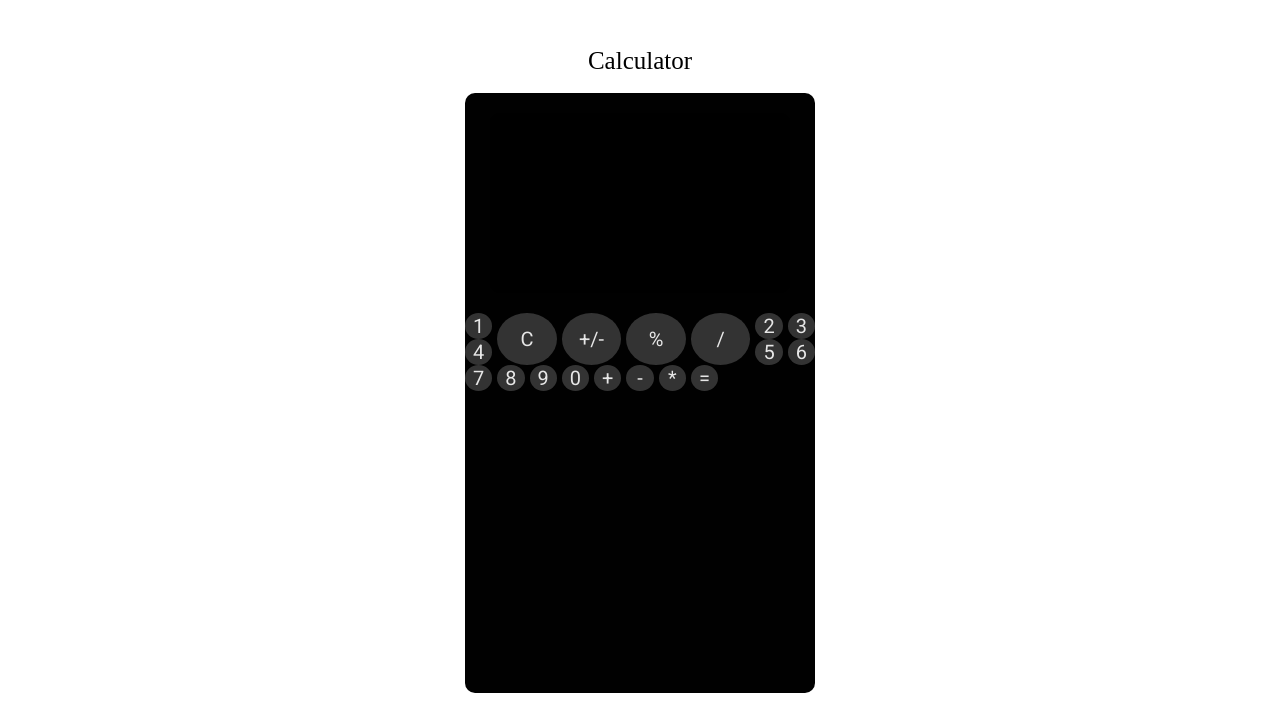
Repository: Gibon9/SimpleCalc
Page: index.html
The author's editor kept a copy of each file at every save. The page is drawn from the files as they stood at one save, then again after the next save.
The browser window is 1280 px wide. The pictures show the whole page.
Some web fonts or font styles are not loaded; a fallback is used.

Above is the page before, as saved 2020-11-27 19:11:24.

### index.html
<!DOCTYPE html>
<html lang="en">
  <head>
    <meta charset="UTF-8" />
    <meta name="viewport" content="width=device-width, initial-scale=1.0" />
    <link rel="stylesheet" href="style/reset.css" />
    <link rel="stylesheet" href="style/style.css" />
    <title>Calculator</title>
  </head>

  <body>
    <main class="main">
      <h1 class="title">Calculator</h1>
      <section class="clac">
        <div class="calc-display" id="display"></div>
        <section class="keyboard" id="keyboard">
          <button class="calc-button c-btn" id="clear">C</button>
          <button class="calc-button plus-minus-btn" id="plus-minus">
            +/-
          </button>
          <button class="calc-button percent-btn" id="percent">%</button>
          <button class="calc-button" id="btn1">1</button>
          <button class="calc-button" id="btn2">2</button>
          <button class="calc-button" id="btn3">3</button>
          <button class="calc-button" id="btn4">4</button>
          <button class="calc-button" id="btn5">5</button>
          <button class="calc-button" id="btn6">6</button>
          <button class="calc-button" id="btn7">7</button>
          <button class="calc-button" id="btn8">8</button>
          <button class="calc-button" id="btn9">9</button>
          <button class="calc-button" id="btn0">0</button>
          <button class="calc-button" id="plus">+</button>
          <button class="calc-button" id="minus">-</button>
          <button class="calc-button divide-btn" id="divide">/</button>
          <button class="calc-button" id="multiply">*</button>
          <button class="calc-button" id="equal">=</button>
        </section>
      </section>
    </main>
    <script src="./index.js"></script>
  </body>
</html>

### style/style.css
@import url("https://fonts.googleapis.com/css2?family=Roboto&family=Saira+Stencil+One&display=swap");

:root {
  --background-color: #010101;
  --display-color: black;
  --primary-btn-color: ##a5a5a5;
  --secondary-color: #333333;
  --secondary-btn-color: #fd9624;
  --text-color: #e7e7e7;
}

.calc-display,
.title {
  font-family: "Saira Stencil One", cursive;
}

.calc-button {
  font-family: "Roboto", sans-serif;
}

.main {
  display: flex;
  flex-direction: column;
  justify-content: center;
  align-items: center;
  width: 100vw;
  height: 100vh;
}

.title {
  font-size: 25px;
  margin: 20px 0;
}

.clac {
  width: 350px;
  height: 600px;
  background-color: var(--background-color);
  border-radius: 10px;
}

.calc-display {
  margin: 20px auto;
  width: 300px;
  height: 30%;
  background-color: var(--display-color);
  color: var(--primary-color);
  border-radius: 10px;
  font-size: 40px;
}

.keyboard {
  display: grid;
  grid-template-columns: repeat(11, 1fr);
  grid-template-rows: repeat(12, 1fr);
  column-gap: 5px;
}

.calc-button {
  font-size: 20px;
  color: var(--text-color);
  background-color: var(--secondary-color);
  border-radius: 50%;
  border: none;
}

.c-btn {
  grid-column: 2/4;
  grid-row: 1/3;
}

.plus-minus-btn {
  grid-column: 4/6;
  grid-row: 1/3;
}

.percent-btn {
  grid-column: 6/8;
  grid-row: 1/3;
}

.divide-btn {
  grid-column: 8/10;
  grid-row: 1/3;
}

Loaded but not shown: style/reset.css (common file); index.js (no copy from this time; the picture is the same without it)

After the next save:
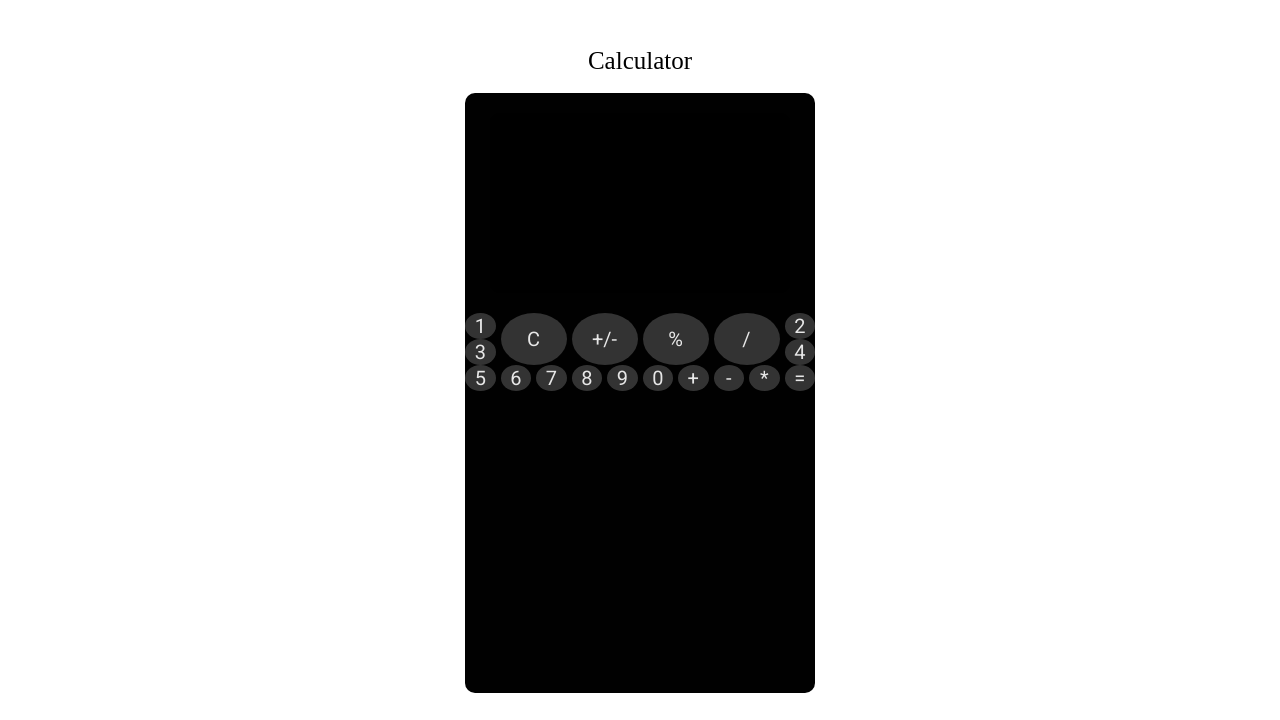
Saved 38 s later.
--- a/style/style.css
+++ b/style/style.css
@@ -51,7 +51,7 @@
 
 .keyboard {
   display: grid;
-  grid-template-columns: repeat(11, 1fr);
+  grid-template-columns: repeat(10, 1fr);
   grid-template-rows: repeat(12, 1fr);
   column-gap: 5px;
 }
